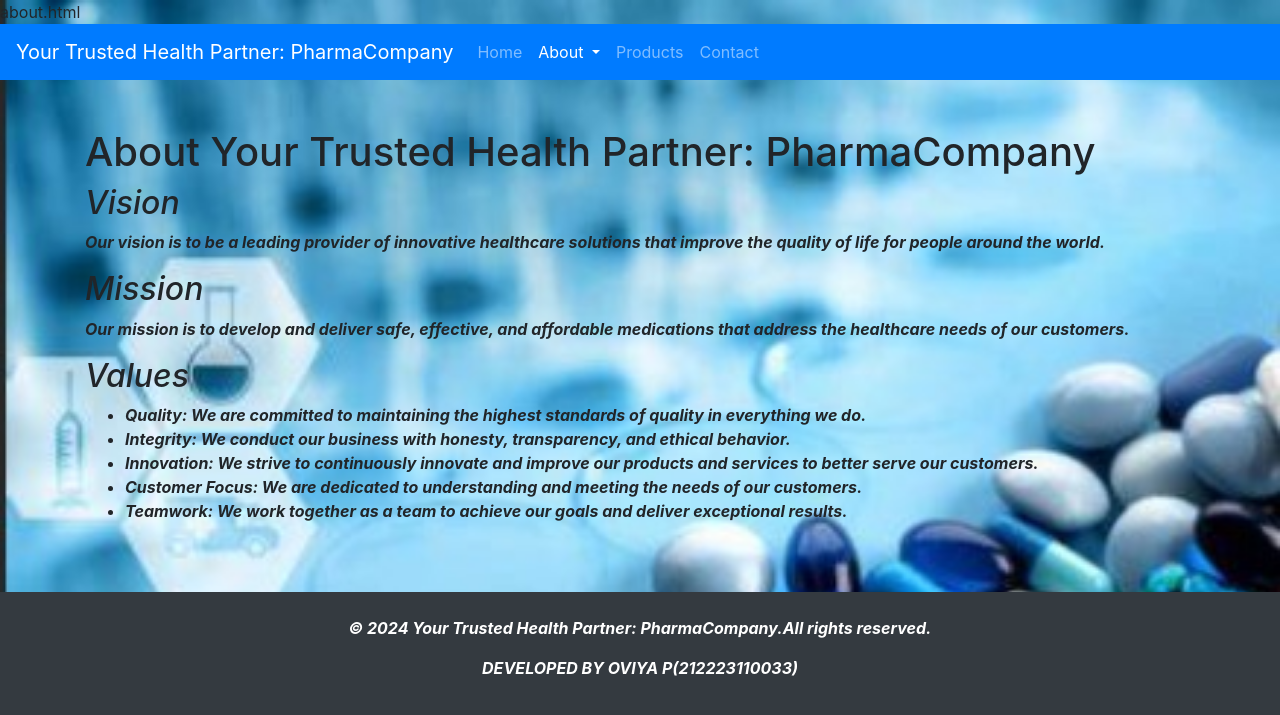
Repository: Oviya24032K6/Pharma
Page: oviya/pharmapp/static/about.html
These files come from the project's save history. The page is drawn as it stood at one moment and after a run of saves; the edit follows.
The browser window is 1280 px wide. The pictures show the whole page.

Above is the page before, as saved 2024-05-07 08:31:20.

### oviya/pharmapp/static/about.html
about.html

<!DOCTYPE html>
<html lang="en">
<head>
  <meta charset="UTF-8">
  <meta name="viewport" content="width=device-width, initial-scale=1.0">
  <title> Your Trusted Health Partner: PharmaCompany</title>
  <!-- Bootstrap CSS -->
  <link href="https://stackpath.bootstrapcdn.com/bootstrap/4.5.2/css/bootstrap.min.css" rel="stylesheet">
  <!-- Custom CSS -->
  <style>
    body {
      background-image: url("hehe.jpg");
      background-size: cover;
      background-repeat: no-repeat;
    }
    footer{
    position: fixed;
      left: 0;
      bottom: 0;
      width: 100%;
      background-color: #030508;
      color: white;
      text-align: center;
      padding: 10px 0;
    }
  </style>
</head>
<body>

  <!-- Navbar -->
  <nav class="navbar navbar-expand-lg navbar-dark bg-primary">
    <a class="navbar-brand" href="#"> Your Trusted Health Partner: PharmaCompany</a>
    <button class="navbar-toggler" type="button" data-toggle="collapse" data-target="#navbarSupportedContent" aria-controls="navbarSupportedContent" aria-expanded="false" aria-label="Toggle navigation">
      <span class="navbar-toggler-icon"></span>
    </button>

    <div class="collapse navbar-collapse" id="navbarSupportedContent">
      <ul class="navbar-nav mr-auto">
        <li class="nav-item">
          <a class="nav-link" href="web.html">Home</a>
        </li>
        <li class="nav-item dropdown active">
          <a class="nav-link dropdown-toggle" href="about.html" id="navbarDropdownAbout" role="button" data-toggle="dropdown" aria-haspopup="true" aria-expanded="false">
            About
          </a>
          <div class="dropdown-menu" aria-labelledby="navbarDropdownAbout">
            <a class="dropdown-item" href="#vision">Vision</a>
            <a class="dropdown-item" href="#mission">Mission</a>
            <a class="dropdown-item" href="#values">Values</a>
            <!-- Add more subheadings as needed -->
          </div>
        </li>
        <li class="nav-item">
          <a class="nav-link" href="product.html">Products</a>
        </li>
        <li class="nav-item">
          <a class="nav-link" href="#">Contact</a>
        </li>
      </ul>
    </div>
  </nav>

  <!-- Page Content -->
  <b>
  <div class="container mt-5">
    <div class="row">
      <div class="col-md-12">
        <h1>About  Your Trusted Health Partner: PharmaCompany</h1>
      <i>  <div id="HISTORY">
          <h2>Vision</h2>
          <p>Our vision is to be a leading provider of innovative healthcare solutions that improve the quality of life for people around the world.</p>
        </div>
        <div id="mission">
          <h2>Mission</h2>
          <p>Our mission is to develop and deliver safe, effective, and affordable medications that address the healthcare needs of our customers.</p>
        </div>
        <div id="values">
          <h2>Values</h2>
          <ul>
            <li>Quality: We are committed to maintaining the highest standards of quality in everything we do.</li>
            <li>Integrity: We conduct our business with honesty, transparency, and ethical behavior.</li>
            <li>Innovation: We strive to continuously innovate and improve our products and services to better serve our customers.</li>
            <li>Customer Focus: We are dedicated to understanding and meeting the needs of our customers.</li>
            <li>Teamwork: We work together as a team to achieve our goals and deliver exceptional results.</li>
          </ul>
        </div>
        <!-- Add more subheadings as needed -->
      </div>
    </div>
  </div>

  <!-- Footer -->
  <footer class="bg-dark text-white text-center py-4 mt-5">
    <p>&copy; 2024  Your Trusted Health Partner: PharmaCompany.All rights reserved.</p>
    <p>DEVELOPED BY OVIYA P(212223110033)</p>
  </footer>
</b>
  <!-- Bootstrap JS -->
  <script src="https://code.jquery.com/jquery-3.5.1.slim.min.js"></script>
  <script src="https://cdn.jsdelivr.net/npm/popper.js@1.16.1/dist/umd/popper.min.js"></script>
  <script src="https://stackpath.bootstrapcdn.com/bootstrap/4.5.2/js/bootstrap.min.js"></script>
</body>
</html>

After the next 2 saves:
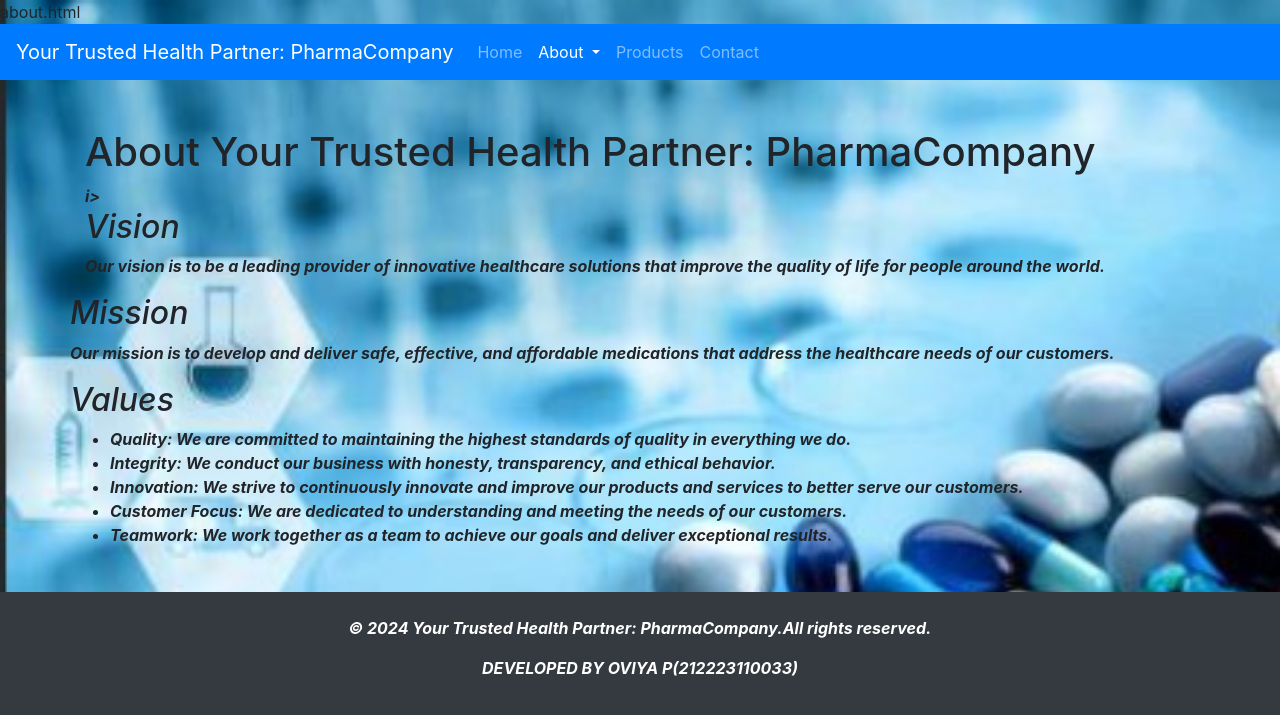
The 2 saves are shown as one change because they came seconds apart.
The last was saved 8 s later.
--- a/oviya/pharmapp/static/about.html
+++ b/oviya/pharmapp/static/about.html
@@ -68,7 +68,7 @@ about.html
     <div class="row">
       <div class="col-md-12">
         <h1>About  Your Trusted Health Partner: PharmaCompany</h1>
-      <i>  <div id="HISTORY">
+      <i>  <div id="HISTORY"></div>i>
           <h2>Vision</h2>
           <p>Our vision is to be a leading provider of innovative healthcare solutions that improve the quality of life for people around the world.</p>
         </div>
